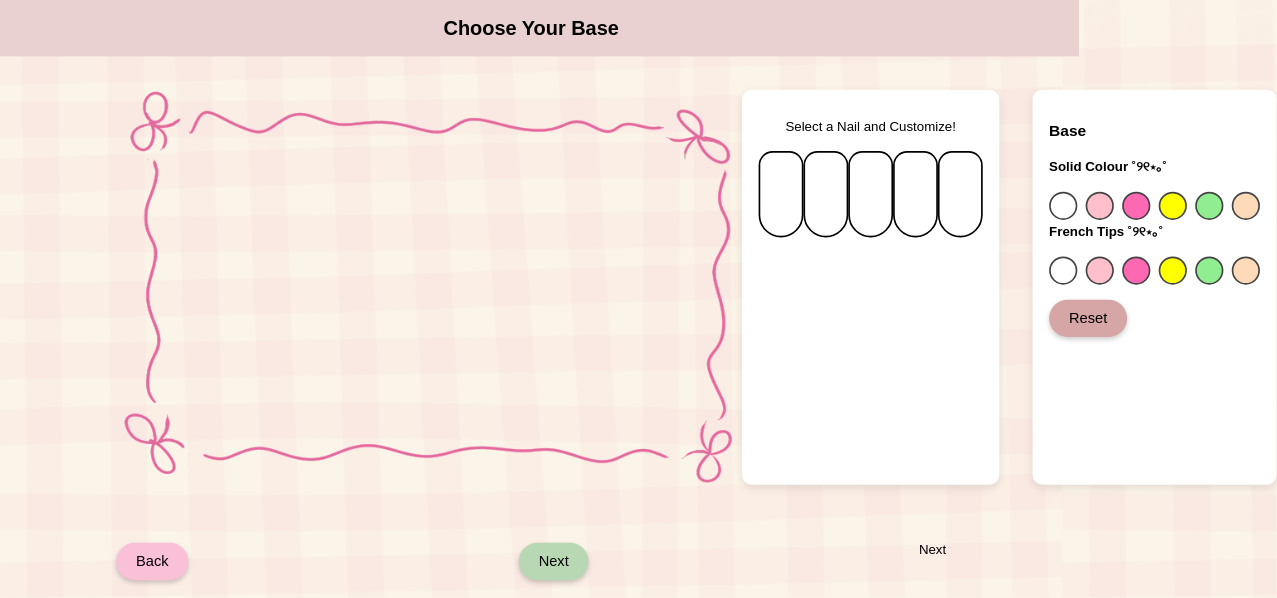
Repository: amolwalia/Fluidity-Lab
Page: basepaint.html
The author's editor kept a copy of each file at every save. The page is drawn from the files as they stood at one save, then again after the next save.
The browser window is 1280 px wide. The page is 1538 px wide, then 1300 px, so the pictures cover 1538 px, including what lies to the right of the window. The pictures show the whole page, at 83% of full size.

Above is the page before, as saved 2025-05-11 19:41:23.

### basepaint.html
<!DOCTYPE html>
<html lang="en">
  <head>
    <meta charset="UTF-8" />
    <meta name="viewport" content="width=device-width, initial-scale=1.0" />
    <title>Choose Your Base</title>
    <link rel="stylesheet" href="./styles/basepaints.css" />
  </head>
  <body>
    <header>Choose Your Base</header>

    <div class="container">
      <img src="./media/border.png" alt="Pink Border" class="border_image" />
      <div class="nail-area">
        <p style="text-align: center">Select a Nail and Customize!</p>
        <div class="nails">
          <div class="nail" onclick="selectNail(this)"></div>
          <div class="nail" onclick="selectNail(this)"></div>
          <div class="nail" onclick="selectNail(this)"></div>
          <div class="nail" onclick="selectNail(this)"></div>
          <div class="nail" onclick="selectNail(this)"></div>
        </div>
      </div>

      <div class="palette">
        <h3>Base</h3>
        <strong>Solid Colour ˚୨୧⋆｡˚</strong>
        <div class="colors">
          <div
            class="color"
            style="background: white"
            onclick="setColor('white')"
          ></div>
          <div
            class="color"
            style="background: pink"
            onclick="setColor('pink')"
          ></div>
          <div
            class="color"
            style="background: hotpink"
            onclick="setColor('hotpink')"
          ></div>
          <div
            class="color"
            style="background: yellow"
            onclick="setColor('yellow')"
          ></div>
          <div
            class="color"
            style="background: lightgreen"
            onclick="setColor('lightgreen')"
          ></div>
          <div
            class="color"
            style="background: peachpuff"
            onclick="setColor('peachpuff')"
          ></div>
        </div>
        <strong>French Tips ˚୨୧⋆｡˚</strong>
        <div class="colors">
          <div
            class="color"
            style="background: white"
            onclick="setColor('white')"
          ></div>
          <div
            class="color"
            style="background: pink"
            onclick="setColor('pink')"
          ></div>
          <div
            class="color"
            style="background: hotpink"
            onclick="setColor('hotpink')"
          ></div>
          <div
            class="color"
            style="background: yellow"
            onclick="setColor('yellow')"
          ></div>
          <div
            class="color"
            style="background: lightgreen"
            onclick="setColor('lightgreen')"
          ></div>
          <div
            class="color"
            style="background: peachpuff"
            onclick="setColor('peachpuff')"
          ></div>
        </div>
        <br />
        <button class="btn btn-brown" onclick="resetColors()">Reset</button>
      </div>
    </div>

    <div class="btn-row">
      <button class="btn btn-pink" onclick="location.href='index.html'">
        Back
      </button>
      <button class="btn btn-green" onclick="saveNailColorsAndGoNext()">Next</button>
        Next
      </button>
    </div>
  </body>
</html>

### styles/basepaints.css
body {
  margin: 0;
  font-family: "Quicksand", sans-serif;
  background: url("../media/pink_plaid.png");
  background-size: cover;
  background-blend-mode: multiply;
  background-color: #fbf5e9;
  display: flex;
  flex-direction: column;
  align-items: center;
}
header {
  width: 100%;
  padding: 20px;
  background-color: #e9d1d1;
  text-align: center;
  font-weight: bold;
  font-size: 1.5rem;
}
.container {
  display: flex;
  justify-content: space-between;
  padding: 40px;
  width: 100%;
  max-width: 1000px;
}
.nail-area,
.palette {
  background: #fff;
  border-radius: 12px;
  padding: 20px;
  box-shadow: 0 4px 12px rgba(0, 0, 0, 0.1);
}
.nail-area {
  flex: 1;
  margin-right: 40px;
}
.palette {
  flex: 1;
}
.nails {
  display: flex;
  justify-content: space-around;
  margin-top: 20px;
}
.nail {
  width: 50px;
  height: 100px;
  border: 2px solid #000;
  border-radius: 25px 25px 40px 40px;
  background: #fff;
  position: relative;
  overflow: hidden;
}
.french-tip-overlay {
  position: absolute;
  top: 0;
  left: 0;
  width: 100%;
  height: 100%;
  pointer-events: none;
  z-index: 50;
  background: none;
}
.french-tip-overlay::before {
  content: "";
  position: absolute;
  top: 0;
  left: 0;
  width: 100%;
  height: 100%;
  background: url("data:[embedded picture, 672 characters]")
    top center / 100% auto no-repeat;
  opacity: 1;
  z-index: 50;
}
.colors {
  display: grid;
  grid-template-columns: repeat(6, 1fr);
  gap: 10px;
  margin-top: 20px;
}
.color {
  width: 30px;
  height: 30px;
  border-radius: 50%;
  cursor: pointer;
  border: 2px solid #444;
}
.btn-row {
  display: flex;
  justify-content: space-between;
  width: 100%;
  max-width: 1000px;
  margin-top: 30px;
}
.btn {
  padding: 12px 24px;
  font-size: 1.1rem;
  background-color: #b7d8b2;
  border: none;
  border-radius: 25px;
  cursor: pointer;
  box-shadow: 0 3px 6px rgba(0, 0, 0, 0.2);
  transition: transform 0.3s ease, box-shadow 0.3s ease;
}
.btn:hover {
  transform: scale(1.05);
  box-shadow: 0 6px 12px rgba(183, 216, 178, 0.6);
}
.btn-pink {
  background-color: #f9c0d7;
}
.btn-green {
  background-color: #b7d8b2;
}
.btn-brown {
  background-color: #d6a5a5;
}

After the next save:
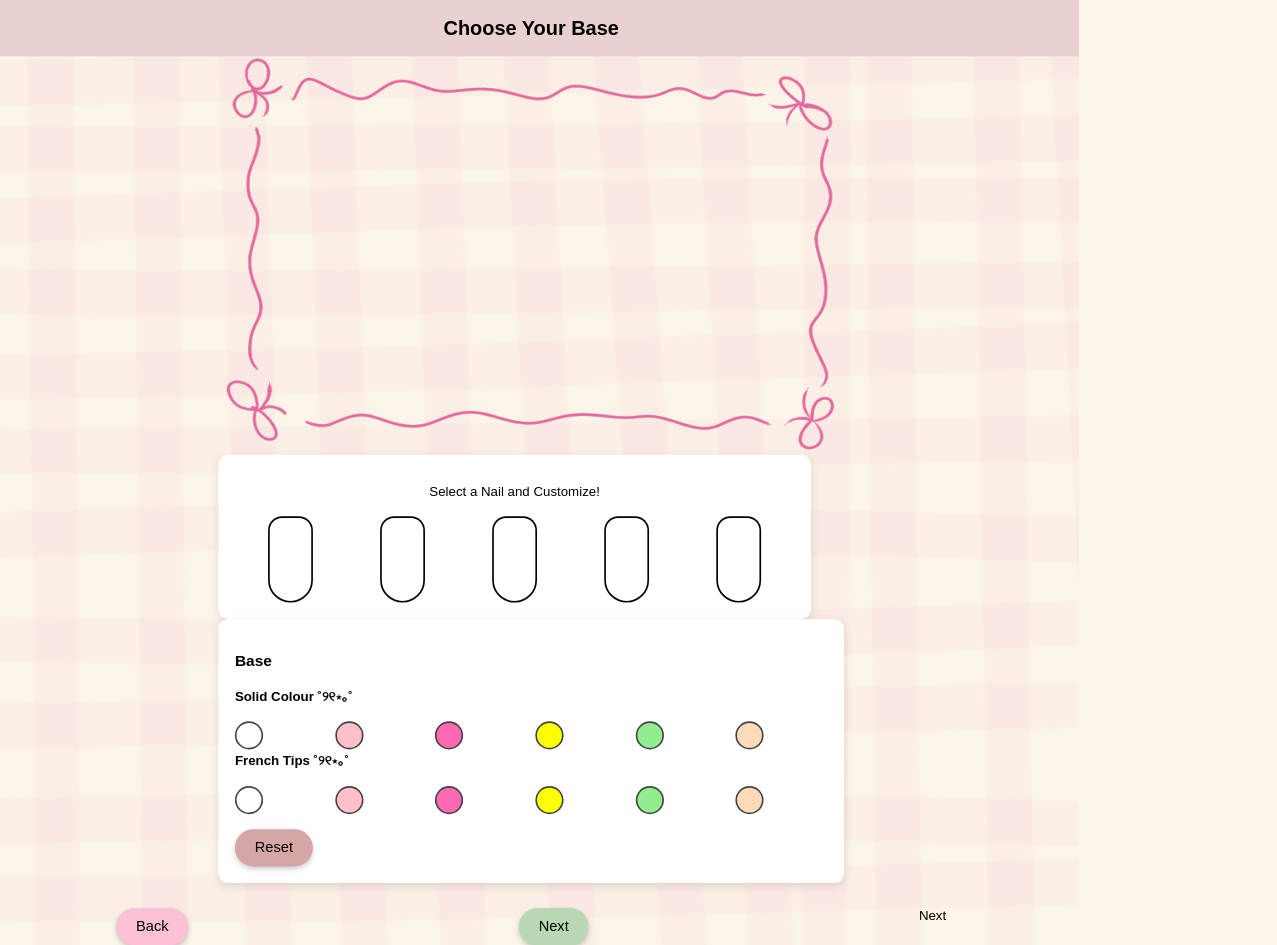
Saved 3 min 48 s later.
--- a/basepaint.html
+++ b/basepaint.html
@@ -9,7 +9,7 @@
   <body>
     <header>Choose Your Base</header>
 
-    <div class="container">
+    <div class="nail-box-container">
       <img src="./media/border.png" alt="Pink Border" class="border_image" />
       <div class="nail-area">
         <p style="text-align: center">Select a Nail and Customize!</p>
